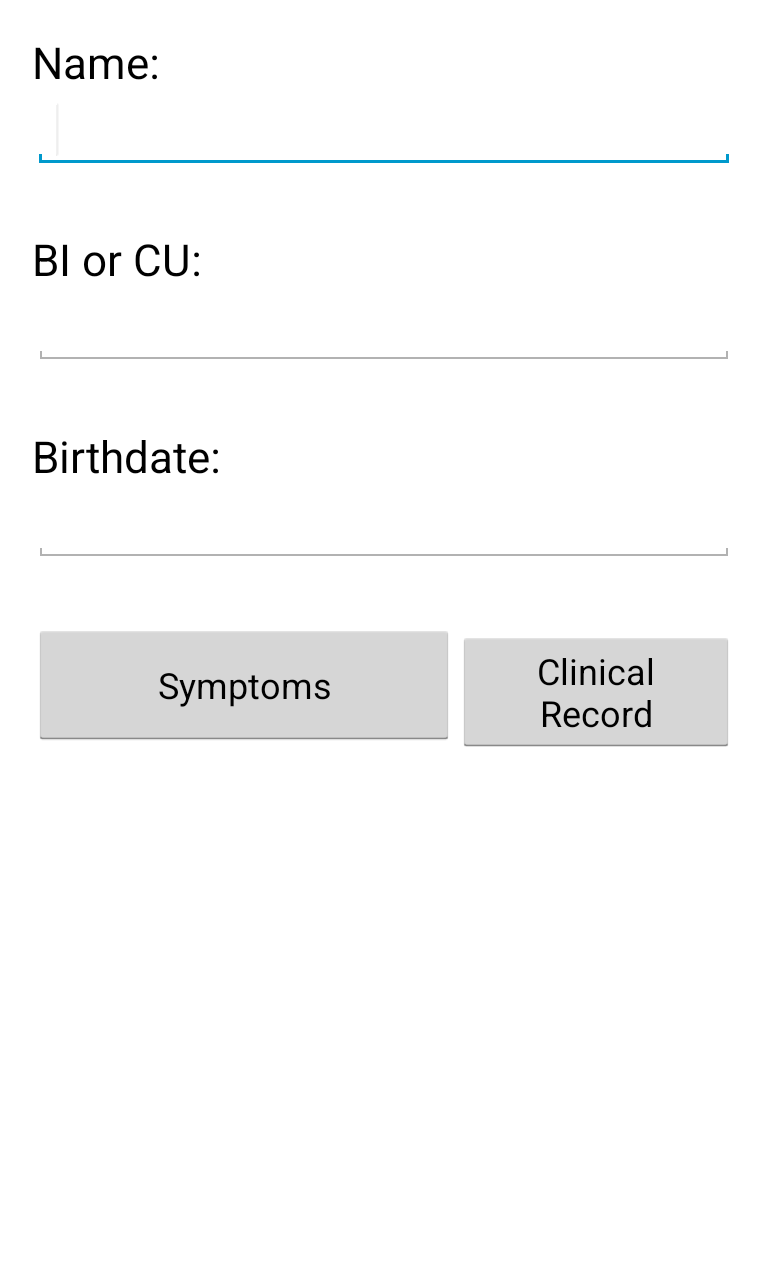
Repository: diogosufil/AcupunturaClienteAndroid
Layout: AcupunturaClienteAndroid/res/layout/activity_appointment.xml
The author's editor kept a copy of each file at every save. The layout is drawn from the files as they stood at one save, then again after the next save.
It is drawn on a 768 x 1280 px phone screen (xhdpi) without system bars, with theme AppTheme; the app's code is not run.

Above is the layout before, as saved 2015-01-07 15:13:35.

After the next save:
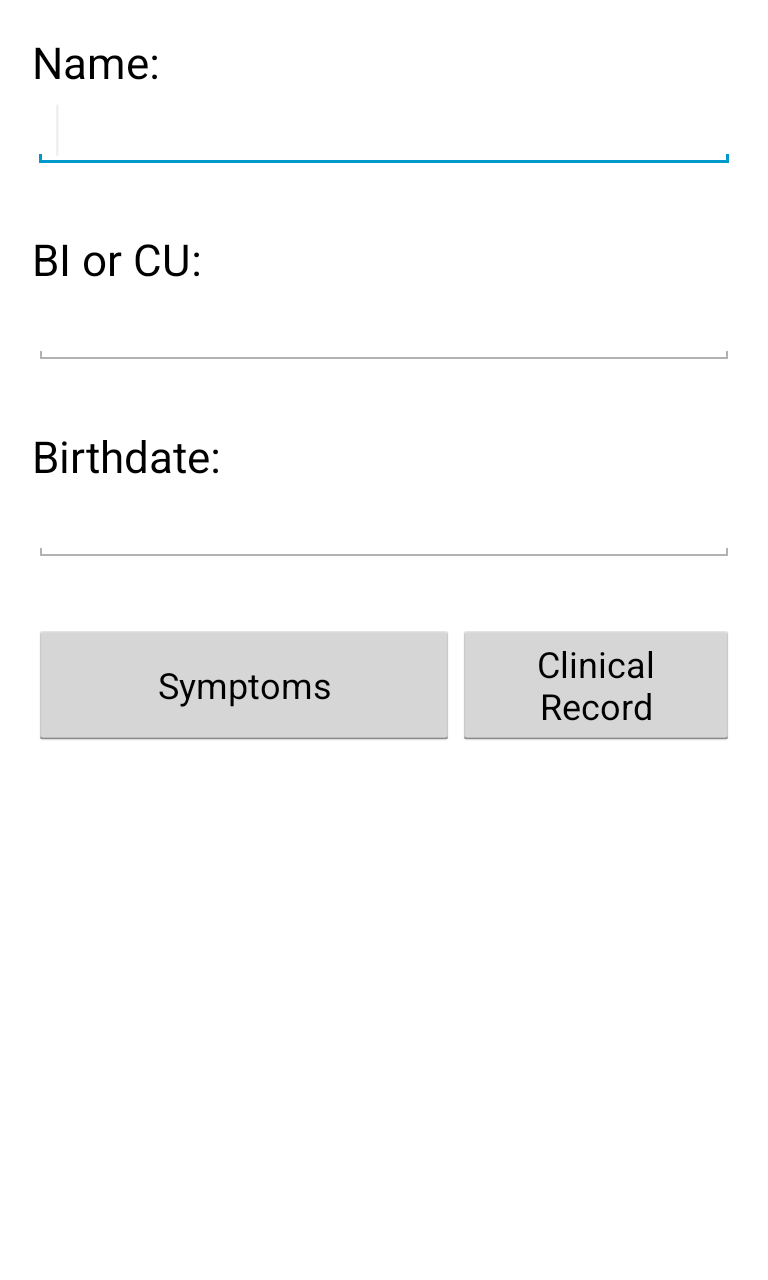
Saved 8 min 47 s later.
--- a/AcupunturaClienteAndroid/res/layout/activity_appointment.xml
+++ b/AcupunturaClienteAndroid/res/layout/activity_appointment.xml
@@ -75,7 +75,9 @@
 
     <LinearLayout
         android:layout_width="match_parent"
-        android:layout_height="wrap_content" >
+        android:layout_height="wrap_content"
+        android:gravity="center|fill"
+        android:orientation="horizontal" >
 
         <Button
             android:id="@+id/buttonChooseSymptoms"
